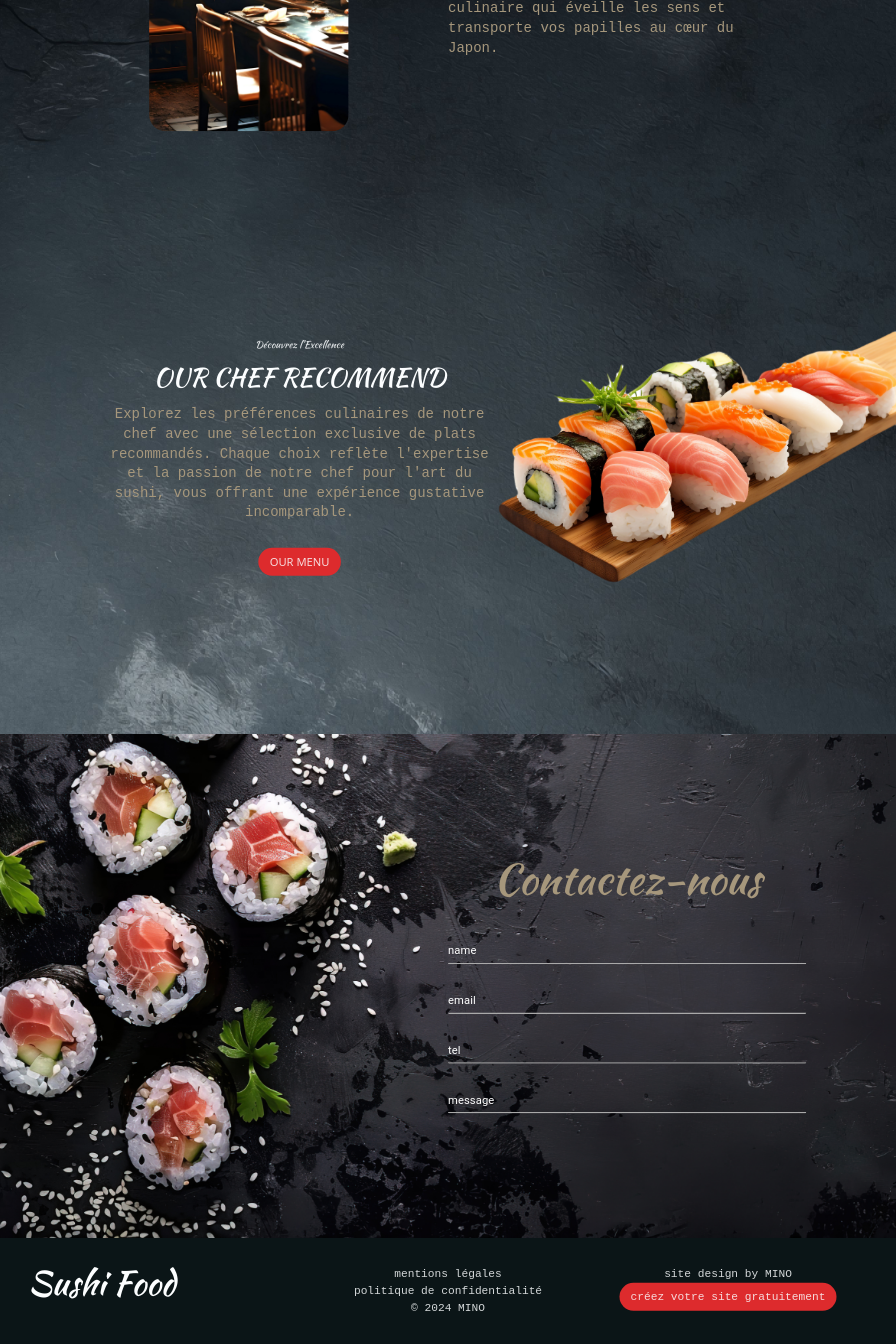
Repository: Adrien-legeleu/sushi-food
Page: /
The author's editor kept a copy of each file at every save. The page is drawn from the files as they stood at one save, then again after the next save.
The browser window is 1280 px wide. The pictures show the part of the page from y = 1192 to 3112 px (the page is 3112 px tall), at 70% of full size.
Backgrounds fixed to the window are drawn as part of the page. Some web fonts or font styles are not loaded; a fallback is used. The project was rebuilt for these pictures with package versions that can differ from the ones it lists, and the page was loaded fresh each time. Also part of the build but not shown: vite.config.ts.

Above is the page before, as saved 2024-04-30 12:45:31.

### src/App.tsx
import { About, Contact, Header, Landing, Menu } from "./Components"
import { Footer } from "./Components/Footer"

const App =()=> {
  return (
    <div className="bg-greenBlack h-full w-full gap-20">
      <Header/>
      <Landing/>
      <div className="h-full w-full bg-[url('././assets/fond.jpeg')]  bg-cover bg-center relative">
          <About/>
           <Menu/>
      </div>
      <Contact/>
      <Footer/>
    </div>
  )
}

export default App

### src/index.css
@import url('https://fonts.googleapis.com/css2?family=Kaushan+Script&family=Nanum+Gothic+Coding&display=swap');

@tailwind base;
@tailwind components;
@tailwind utilities;

*{
    margin: 0;
    padding: 0;
    box-sizing: border-box;
}

### src/Components/index.ts
export * from "./Landing";
export * from "./Header";
export * from "./About";
export * from "./Menu";
export * from "./Contact";

### src/Components/Footer.tsx
export const Footer =()=>{
    return(
        <div className="h-full w-full grid grid-cols-3  itmes-center justify-center p-10">
            <h2 className="font-title text-whiteTitle text-5xl">
                Sushi Food
            </h2>
            <ul className="text-center">
                <li className="font-text text-whiteText">mentions légales</li>
                <li className="font-text text-whiteText" >politique de confidentialité</li>
                <li className="font-text text-whiteText">© 2024 MINO</li>
            </ul>
            <div className="text-center">
                <p className="font-text text-whiteText">site design by MINO</p>
                <button className="font-text text-whiteText p-2 pl-4 pr-4 bg-redBG rounded-full">
                    créez votre site gratuitement
                </button>
            </div>
        </div>
    )
}

### src/Components/Landing.tsx
export const Landing =()=>{
    return(
        <div className="h-screen w-full bg-[url('././assets/mainfond.jpg')] bg-cover bg-center-top flex items-center justify-center flex-col gap-10 pt-10">
            <h1 className="font-title text-whiteTitle text-8xl">Taste the difference</h1>
            <p className="text-whiteText font-text text-2xl text-center w-1/3">Experience Japan in every bite with our fresh and flavorful sushi.</p>
        </div>
    )
}

### src/Components/Header.tsx
import InstagramIcon from '@mui/icons-material/Instagram';
import FacebookIcon from '@mui/icons-material/Facebook';
import PinterestIcon from '@mui/icons-material/Pinterest';
export const Header =()=>{
    return (
        <div className='fixed h-20 w-full max-w-[1400px] top-0 left-1/2 -translate-x-1/2 flex justify-between items-center pl-12 pr-12'>
            <h2 className='font-title text-4xl text-whiteTitle'>Sushi Food</h2>
            <ul className='flex items-center gap-5 justify-between text-whiteText text-xl'>
                <li className='cursor-pointer  duration-200 hover:bg-red rounded-full p-6 pt-2 pb-2'>About</li>
                <li className='cursor-pointer  duration-200 hover:bg-red rounded-full p-6 pt-2 pb-2'>Menus</li>
                <li className='cursor-pointer  duration-200 hover:bg-red rounded-full p-6 pt-2 pb-2'>Reservation</li>
            </ul>
            <ul className='flex items-center justify-between gap-5  text-whiteTitle'>
                <li className='cursor-pointer  duration-300 hover:scale-125'>
                    <InstagramIcon/>


                </li>
                <li className='cursor-pointer  duration-300 hover:scale-125'> <FacebookIcon/></li>
                <li className='cursor-pointer  duration-300 hover:scale-125'><PinterestIcon/></li>
            </ul>
        </div>
    )
}

### src/Components/About.tsx
export const About =()=>{
    return(
        <div className="h-screen w-full  relative flex items-center justify-center ">
            {/* <div className="absolute w-3/4 h-3/4  -top-1/2 left-0">
                <img className="w-full h-full object-contain" src="" alt="cerisier" />
            </div> */}
            <div className="flex items-center mt-20 w-2/3 h-[90%] ">
                <div className="flex-1 h-[80%]">
                    <img className="w-2/3 h-full rounded-3xl object-cover" src="./picture.jpeg" alt="" />
                </div>
                <div className="flex-1 flex gap-4 flex-col">
                    <h6 className="text-whiteText text-sm font-title">YOUR SPECIAL OCCASION DETINATION</h6>
                    <h2 className="text-green text-xl font-text">Découvrez SushiFood : fraîcheur, qualité et créativité dans chaque bouchée !</h2>
                    <p className="text-green text-xl font-text mt-1">SushiFood vous invite à découvrir une symphonie de saveurs exquises, où chaque plat est une exploration culinaire qui éveille les sens et transporte vos papilles au cœur du Japon.</p>
                </div>
            </div>
        </div>
    )
}

### src/Components/Menu.tsx
export const Menu = ()=>{
    return(
        <div className="h-screen w-full pl-36">
            <div className="flex items-center mt-20 w-full h-[90%] ">
                <div className="flex-1 flex gap-4 flex-col text-center relative ">
                    <h6 className="text-whiteText text-sm font-title">Découvrez l'Excellence</h6>
                    <h2 className="text-whiteTitle text-4xl font-title">OUR CHEF RECOMMEND</h2>
                    <p className="text-green text-xl font-text mt-1">Explorez les préférences culinaires de notre chef avec une sélection exclusive de plats recommandés. Chaque choix reflète l'expertise et la passion de notre chef pour l'art du sushi, vous offrant une expérience gustative incomparable.</p>
                    <button className=" mt-5 p-2 pl-4 pr-4 hover:brightness-90 duration-300  bg-redBG rounded-full m-auto text-whiteText">OUR MENU</button>
                </div>
                <div className="flex-1 h-[80%]">
                    <img className="w-full h-full  rounded-3xl object-contain" src="./psd.png" alt="" />
                </div>
            </div>
        </div>
    )
}

### src/Components/Contact.tsx
import { styled, TextField } from "@mui/material"

export const Contact =()=>{
    return(
        <div  className="h-screen w-full bg-[url('././assets/contact-fond.jpg')] bg-cover bg-bottom bg-fixed flex flex-col items-center justify-center">
            <h2 className="font-title text-6xl text-green pl-[50%] pr-[10%] mb-10 ">Contactez-nous</h2>
            <form className="flex flex-col w-full pl-[50%] pr-[10%] gap-5">
                <StyledTextField  id="name" label="name" variant="standard" />
                <StyledTextField id="email" label="email" variant="standard" />
                <StyledTextField id="tel" label="tel" variant="standard" />
                <StyledTextField id="message" label="message" variant="standard" />
            </form>
        </div>
    )
}

const StyledTextField = styled(TextField)({
    "& .MuiInputBase-input": {
        color: "white", // Couleur du texte blanc
        fontSize: "18px", // Taille de police augmentée
    },
    "& .MuiInput-underline:after": {
        borderBottomColor: "#a1a1a1",
    },
     "& .MuiInput-underline:before": {
        borderBottomWidth: "2px",
        padding: "10px",
        borderBottomColor: "#a9a9a9",
        borderRadius: "2px", // Border radius ajouté
    },
    "& .MuiFormLabel-root": {
        color: "white", // Couleur du placeholder blanc
    },
    "& .MuiFormLabel-root.Mui-focused": {
        color: "#a1a1a1",
    },
});

### tailwind.config.js
/** @type {import('tailwindcss').Config} */
export default {
  content: ["./index.html", "./src/**/*.{js,ts,jsx,tsx}"],
  theme: {
    extend: {
      backgroundColor: {
        greenBlack: "#0B1517",
        redBG: "#DD2B2D",
      },
      colors: {
        green: "#A6977C",
        red: "#DD2B2D",
        whiteTitle: "#FCFEFF",
        whiteText: "#FCFEFFD5",
      },
    },
    fontFamily: {
      title: ["Kaushan Script", "cursive"],
      text: ["Nanum Gothic Coding", "monospace"],
    },
  },
  plugins: [],
};

Loaded but not shown: index.html (common file); src/main.tsx (common file)

After the next save:
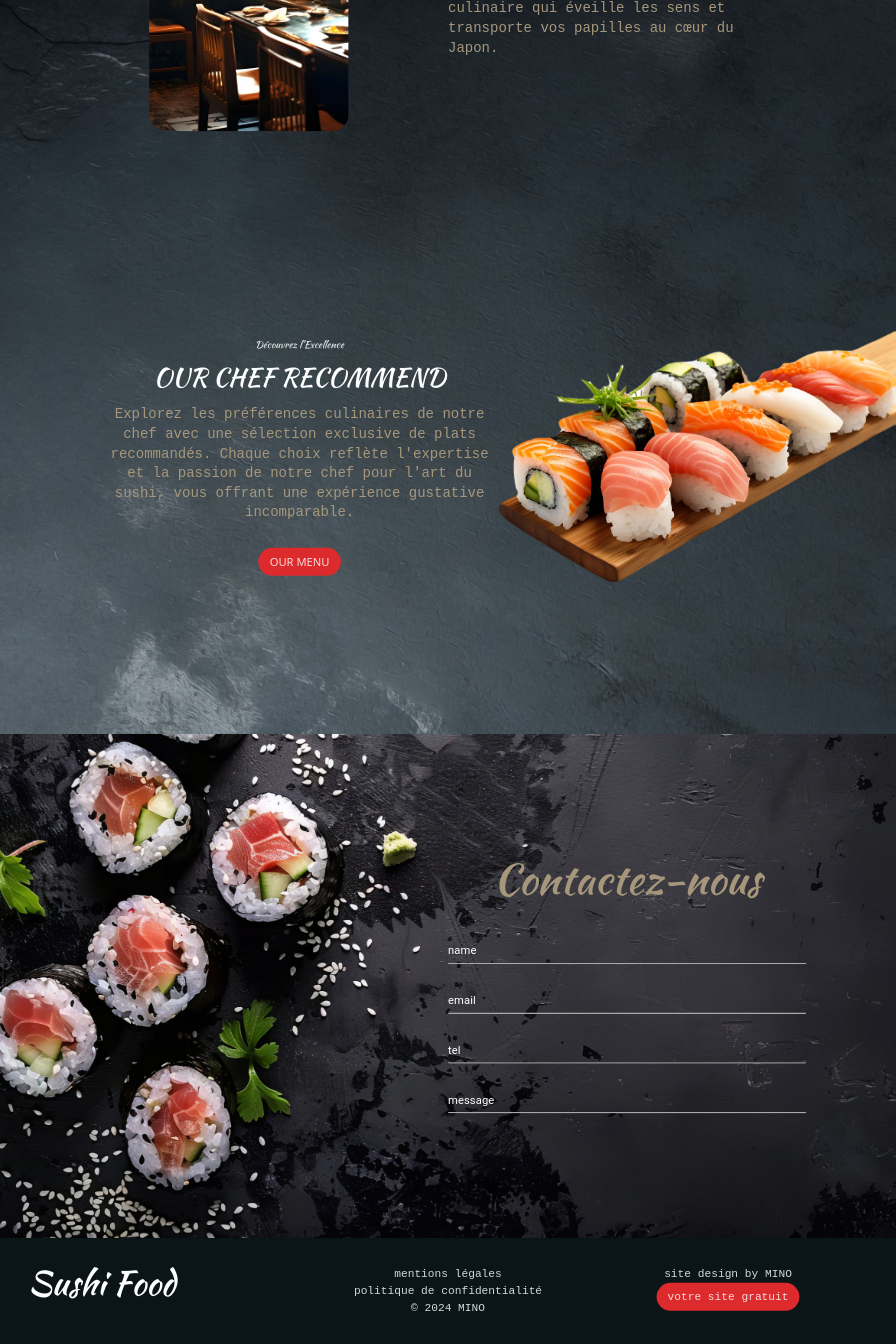
Saved 26 s later.
--- a/src/Components/Footer.tsx
+++ b/src/Components/Footer.tsx
@@ -12,7 +12,7 @@ export const Footer =()=>{
             <div className="text-center">
                 <p className="font-text text-whiteText">site design by MINO</p>
                 <button className="font-text text-whiteText p-2 pl-4 pr-4 bg-redBG rounded-full">
-                    créez votre site gratuitement
+                    votre site gratuit
                 </button>
             </div>
         </div>
